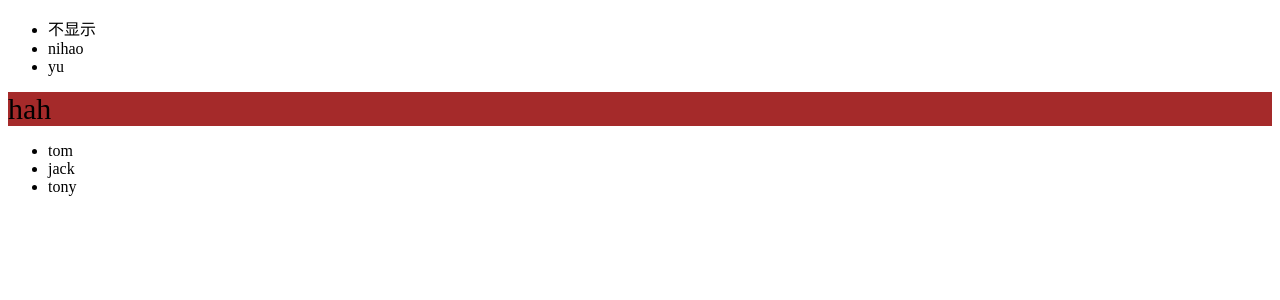
Repository: 404lcy/react-dome
Page: /
An editor plug-in stored every save of this project. The page is shown before and after the next save, followed by the edit.
The browser window is 1280 px wide. The pictures show the whole page.
The project was rebuilt for these pictures with package versions that can differ from the ones it lists, and the page was loaded fresh each time.

Above is the page before, as saved 2023-02-05 23:00:24.

After the next save:
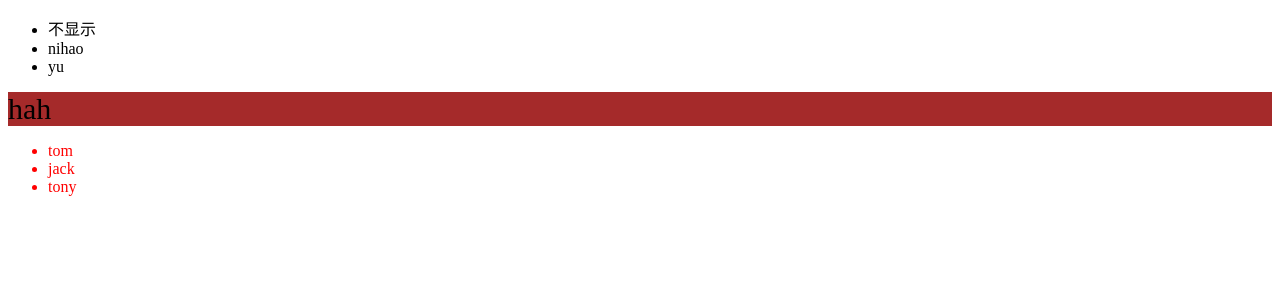
Saved 34 s later.
--- a/src/index.js
+++ b/src/index.js
@@ -25,7 +25,7 @@ const element = (
         </div>
         {/* jsx的注释 */}
         {/* 列表渲染 */}
-        <ul>{list.map(item => <li key={item}>{item}</li>)}</ul>
+        <ul style={{ color: 'red' }}>{list.map(item => <li key={item}>{item}</li>)}</ul>
     </div>
 
 )
